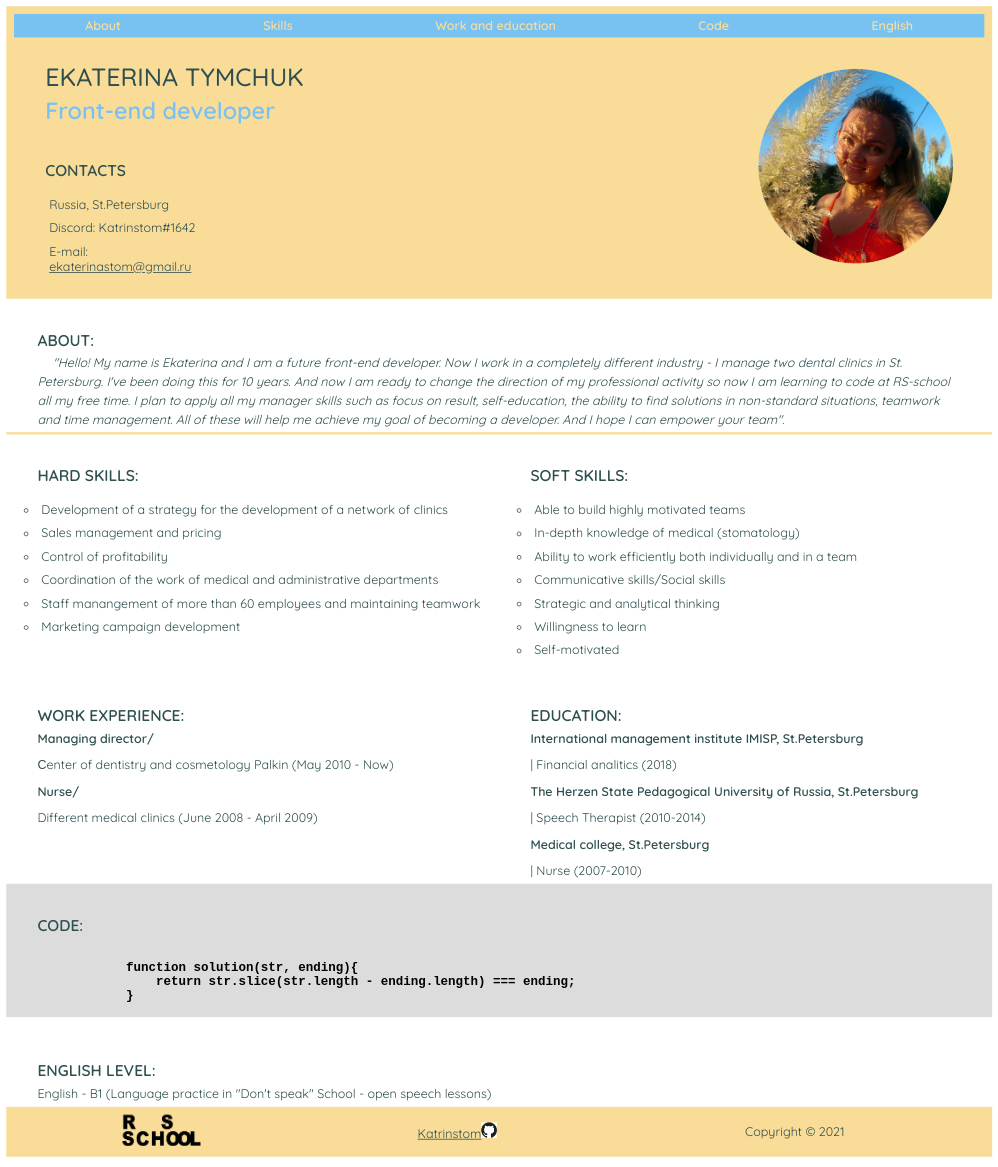
Repository: Katrinstom/rsschool-cv
Page: index.html
These files come from the project's save history. The page is drawn as it stood at one moment and after the next save; the edit follows.
The browser window is 1280 px wide. The pictures show the whole page, at 78% of full size.

Above is the page before, as saved 2022-01-02 23:01:08.

### index.html
<!DOCTYPE html>
<html lang="en">
<head>
    <meta charset="UTF-8">
    <meta http-equiv="X-UA-Compatible" content="IE=edge">
    <meta name="viewport" content="width=device-width, initial-scale=1.0">
    <title>CV</title>
    <link type="text/css" rel="stylesheet" href="style.css"/>
    <link rel="preconnect" href="https://fonts.googleapis.com">
<link rel="preconnect" href="https://fonts.gstatic.com" crossorigin>
<link href="https://fonts.googleapis.com/css2?family=Quicksand:wght@400;500;600&display=swap" rel="stylesheet">
</head>
<body>
    <header class="bigblock section">
            <nav class="nav">
                <ul class="navlist">
                    <li class="nav-item"><a href="#about">About</a></li>
                    <li class="nav-item"><a href="#skills">Skills</a></li>
                    <li class="nav-item"><a href="#workandeducation">Work and education</a></li>
                    <li class="nav-item"><a href="#code">Code</a></li>
                    <li class="nav-item"><a href="#english">English</a></li>
                </ul>
            </nav>
                <img class="pic" src="images/1909_oooo.plus.png" alt="itsme" width="250" height="250">
                <h1>Ekaterina Tymchuk</h1>
                <h2>Front-end developer</h2>
                <h4>Contacts</h4>
                <ul class="nonumber">
                    <li>Russia, St.Petersburg</li>
                    <li>Discord: Katrinstom#1642</li>
                    <li>E-mail:<a href="mailto:ekaterinastom@gmail.com"> ekaterinastom@gmail.ru</a></li>
                </ul>
        </header>
    <main class="section">
        <article>
            <div class="about" id="about">
                <h4>About:</h4>
                <p>"Hello! My name is Ekaterina and I am a future front-end developer. Now I work in a completely different industry - I manage two dental clinics in St. Petersburg. I've been doing this for 10 years. And now I am ready to change the direction of my professional activity so now I am learning to code at RS-school all my free time. I plan to apply all my manager skills such as focus on result, self-education, the ability to find solutions in non-standard situations, teamwork and time management. All of these will help me achieve my goal of becoming a developer. And I hope I can empower your team".</p>
            </div>
        </article>
        <section class="conteiner">
            <div class="skills" id="skills">
                <h4>Hard skills:</h4>
                <ul>
                    <li>Development of a strategy for the development of a network of clinics</li>
                    <li>Sales management and pricing</li>
                    <li>Control of profitability</li>
                    <li>Coordination of the work of medical and administrative departments</li>
                    <li>Staff manangement of more than 60 employees and maintaining teamwork</li>
                    <li>Marketing campaign development</li>
                </ul>
            </div>
            <div class="skills" id="skills">
                <h4>Soft skills:</h4>
                <ul>
                    <li>Able to build highly motivated teams</li>
                    <li>In-depth knowledge of medical (stomatology)</li>
                    <li>Ability to work efficiently both individually and in a team</li>
                    <li>Communicative skills/Social skills</li>
                    <li>Strategic and analytical thinking</li>
                    <li>Willingness to learn</li>
                    <li>Self-motivated</li>
                </ul>
            </div>
        </section>
        <section class="conteiner">
            <div style="clear:both"></div>
            <div class="workandeducation" id="workandeducation">
                <h4>Work experience:</h4>
                <b>Managing director/</b>
                <p>Сenter of dentistry and cosmetology Palkin (May 2010 - Now)</p>
                <b>Nurse/</b>
                <p>Different medical clinics (June 2008 - April 2009)</p>
            </div>
            <div class="workandeducation" id="workandeducation">
                <h4>Education:</h4>
                <b>International management institute IMISP, St.Petersburg</b>
                <p>| Financial analitics (2018)</p>
                <b>The Herzen State Pedagogical University of Russia, St.Petersburg</b>
                <p>| Speech Therapist (2010-2014)</p>
                <b>Medical college, St.Petersburg</b>
                <p>| Nurse (2007-2010)</p>
            </div>
        </section>
        <section>
            <div class="code" id="code">
                <h4>Code:</h4>
                <pre><code>
                function solution(str, ending){
                    return str.slice(str.length - ending.length) === ending;
                }
                </code></pre>
            </div>
            <div class="english" id="english">
            <h4>English level:</h4>
            <p>English - B1 (Language practice in "Don't speak" School - open speech lessons)</p>
            </div>
        </section>
    </main>
        <footer class="footer section">
            <div class="flexcont">
                <a href="https://rs.school/js/"><img src="images/logo-rsschool3.png" alt="logo-rsschool3" width="100" height="40"></a>
                <a href="https://github.com/Katrinstom">Katrinstom<img src="images/gitpic.png" alt="gitlogo" width="20" height="20"></a>
                <p>Copyright © 2021</p>
             </div>
        </footer>
</body>
</html>

### style.css
html {
    scroll-behavior: smooth;
}
.section {
    max-width: 1280px;
    margin: 0 auto;
    flex-direction: column;
}
main {
    display: flex;
}
.bigblock {
    height: auto;
    background-color: #f9dc98;
    padding: 10px;
}
.nav {
    background-color: #78c2f2;
}
.navlist {
    display: flex;
    justify-content: space-around;
    align-items: center;
    padding: 0;
    margin: 0;
}
.nav-item {
    list-style: none;
}
.nav-item a {
    text-decoration: none;
    color: #f9dc98;
    font-weight: 600;
}
.nav-item a:hover {
    background-color:darkslategray;
    transition: 0.5s;
}
body {
    font-family: 'Quicksand', sans-serif;
}
h1 {
  padding: 30px 40px 5px;
  text-align: left;
  font-family:'Quicksand', sans-serif;
  font-weight: 500;
  font-size: 32px;
  text-transform: uppercase;
  color:darkslategray;
  margin: 0;
}
h2 {
    padding: 0px 40px 5px;
    text-align: left;
    font-family:'Quicksand', sans-serif;
    font-size: 30px;
    color:#78c2f2;
    margin: 0;
}
h3 {
    padding: 0px 40px 5px;
    text-align: left;
    font-family:'Quicksand', sans-serif;
    font-size: 25px;
    color:darkgrey;
    margin: 0;
}
h4 {
    font-family:'Quicksand', sans-serif;
    font-size: 20px;
    text-transform: uppercase;
    padding: 40px 40px 0px;
    text-align: left;
    color: darkslategray;
    margin: 0;
}
ul {
    list-style-type:circle;
    padding: auto;
}
.nonumber {
    list-style-type:none;
}
li {
    text-align: left;
    color: darkslategray;
    font-family: 'Quicksand', sans-serif;
    margin: 0;
    padding: 5px 5px 5px;
}
.about {
    border-bottom: solid 3px #f9dc98;
}
.about p {
    text-align: left;
    color: darkslategray;
    font-family: 'Quicksand', sans-serif;
    font-style: italic;
    margin: 0;
    height: auto;
    width: auto;
    padding: 5px 40px 5px;
    line-height: 1.5;
    text-indent: 20px;
}
.english {
    text-align: left;
    color: darkslategray;
    margin: 0;
    height: auto;
    width: auto;
    padding: 0;
}
.conteiner {
    display: flex;
    flex-direction: row;
    justify-content: space-around;
}
.skills {
    text-align: left;
    color: darkslategray;
    font-family: 'Quicksand', sans-serif;
    margin: 0;
    height: auto;
    width: 50%;
    padding: 0;
}
.workandeducation {
    text-align: left;
    color: darkslategray;
    font-family: 'Quicksand', sans-serif;
    margin: 0;
    height: auto;
    width: 50%;
    padding: 0;
}
.pic {
    border-radius: 50%;
    float: right;
    padding: 40px;
}
p, b {
    display: block;
    text-align: left;
    color: darkslategray;
    font-family: 'Quicksand', sans-serif;
    margin: 0;
    height: auto;
    width: auto;
    padding: 5px 40px 5px;
    line-height: 1.5;
}
.code {
    text-align: left;
    background-color: gainsboro;
    display: block;
    font-size: 16px;
    font-weight: 600;
}
.flexcont {
    display: flex;
    flex-direction: row;
    justify-content: space-around;
    align-items: center;
}
a {
    display: block;
}
li a {
    color: darkslategray;
}
footer a {
    color: darkslategray;
}
.footer {
    height: auto;
    background-color: #f9dc98;
    padding: 10px;
}

After the next save:
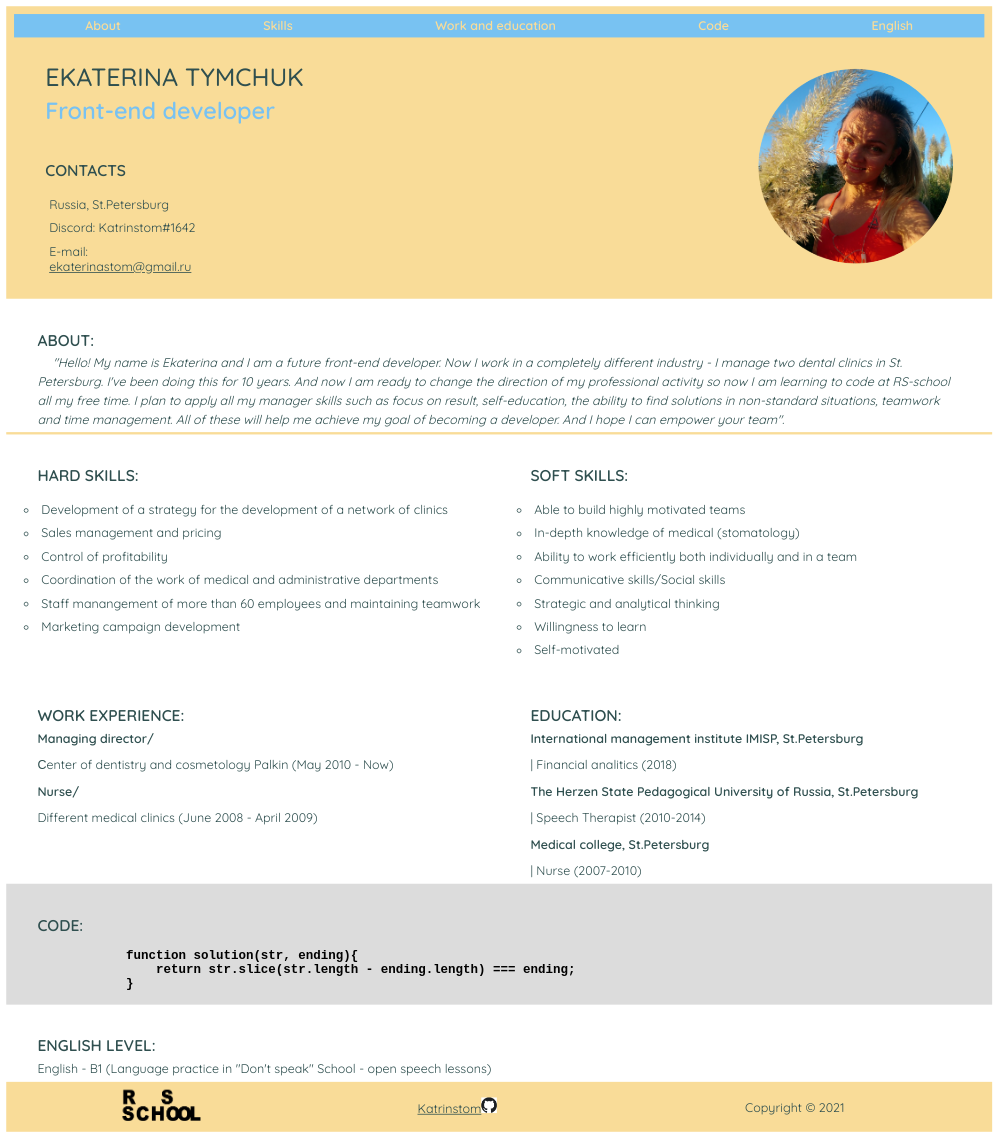
Saved 102 s later.
--- a/style.css
+++ b/style.css
@@ -150,6 +150,9 @@ p, b {
     padding: 5px 40px 5px;
     line-height: 1.5;
 }
+pre {
+    margin: 0;
+}
 .code {
     text-align: left;
     background-color: gainsboro;
